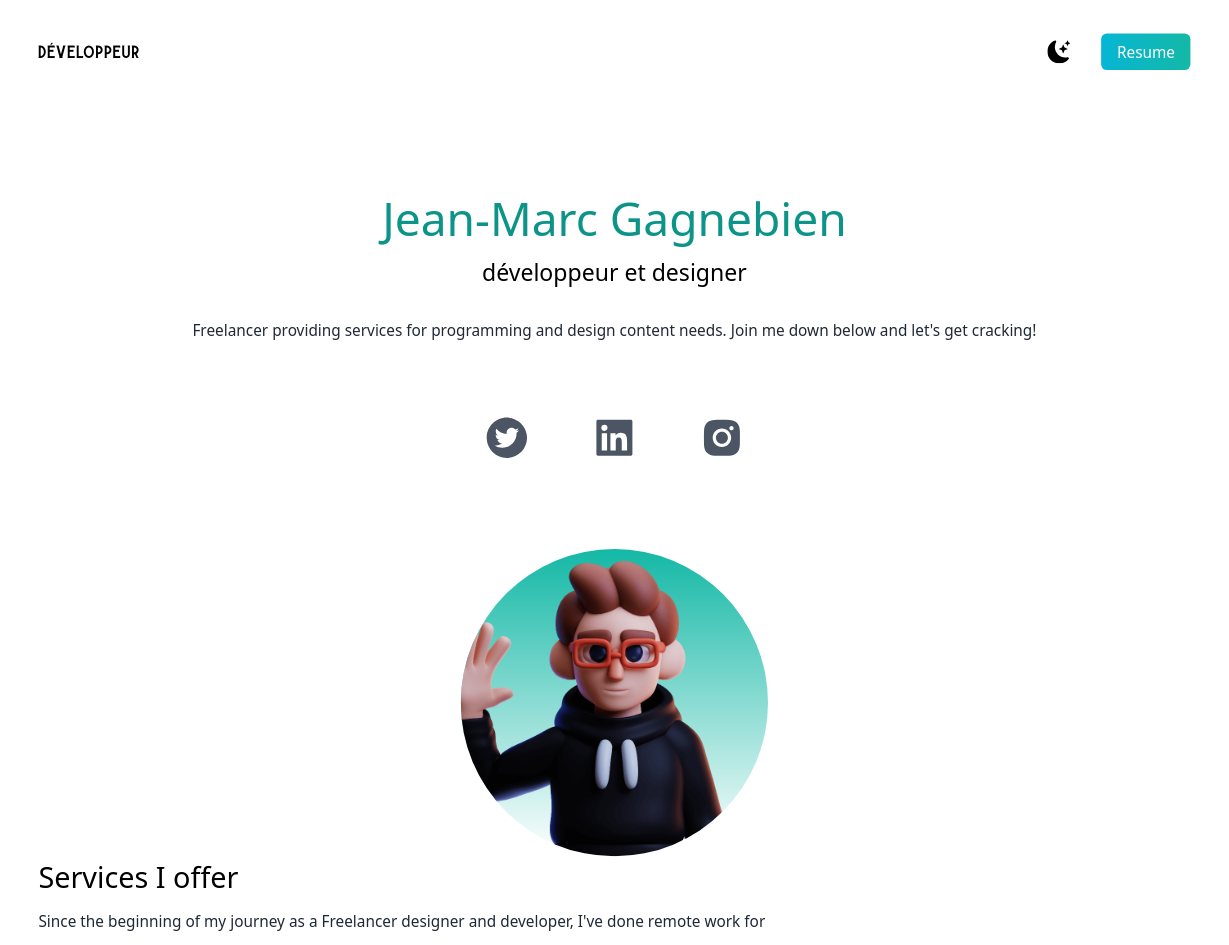
Repository: Jean-MarcG/portfoli_next
Page: /
The author's editor kept a copy of each file at every save. The page is drawn from the files as they stood at one save, then again after the next save.
The browser window is 1280 px wide. The pictures show the whole page, at 96% of full size.
The project was rebuilt for these pictures with package versions that can differ from the ones it lists, and the page was loaded fresh each time. The framework's server and built-in components were replaced by stand-ins that run in the browser. Also part of the build but not shown: next.config.js.

Above is the page before, as saved 2023-04-01 17:48:30.

### pages/index.js
import Head from 'next/head';
import {BsFillMoonStarsFill} from 'react-icons/bs';
import {AiFillTwitterCircle, AiFillLinkedin, AiFillInstagram} from 'react-icons/ai'
import Image from 'next/image';
import deved from '../public/dev-ed-wave.png'

export default function Home() {
  return (
    <>
    <Head>
    <title>Jean-Marc Gagnebien Portfolio</title>
    <meta name="description" content="Generated by create next app" />
    <meta name="viewport" content="width=device-width, initial-scale=1" />
    <link rel="icon" href="/favicon.ico" />
    </Head>
      <main className='bg-white px-10 '>
        <section className='min-h-screen'>
          <nav className='py-10 mb-12 flex justify-between'>
            <h1 className='text-xl font-burtons'>développeur</h1>
              <ul className='flex items-center'>
                <li>
                  <BsFillMoonStarsFill className='cursor-pointer text-2xl'/>
                </li>
                <li>
                  <a className='bg-gradient-to-r from-cyan-500 to-teal-500 text-white px-4 py-2 rounded-md ml-8' href='#'>Resume</a>
                </li>
              </ul>
          </nav>
          <div className='text-center p-10'>
            <h2 className='text-5xl py-2 text-teal-600 font-medium'>Jean-Marc Gagnebien</h2>
            <h3 className='text-2xl py-2'>développeur et designer</h3>
            <p className='text-md py-5 leading-8 text-gray-800'>Freelancer providing services for programming and design content needs. Join me down below and let's get cracking!</p>
          </div>
          <div className='text-5xl flex justify-center gap-16 py-3 text-gray-600'>
            <AiFillTwitterCircle />
            <AiFillLinkedin />
            <AiFillInstagram />
          </div>
          <div>
            <div className='relative mx-auto bg-gradient-to-b from-teal-500 rounded-full w-80 h-80 mt-20 overflow-hidden'>
              <Image src={deved} alt='photo développeur' fill style={{objectFit:'cover'}}/>
            </div>
          </div>
        </section>

        <section>
          <div>
            <h3 className='text-3xl py-1'>Services I offer</h3>
            <p className='text-md py-2 leading-8 text-gray-800'>
              Since the beginning of my journey as a Freelancer designer and developer, I've done remote work for
            </p>
          </div>
        </section>

      </main>
    </>
    )
  }

### styles/globals.css
@tailwind base;
@tailwind components;
@tailwind utilities;

* {
  box-sizing: border-box;
  padding: 0;
  margin: 0;
}

html,
body {
  max-width: 100vw;
  overflow-x: hidden;
}

body {
  color: rgb(var(--foreground-rgb));
  background: linear-gradient(
      to bottom,
      transparent,
      rgb(var(--background-end-rgb))
    )
    rgb(var(--background-start-rgb));
}

a {
  color: inherit;
  text-decoration: none;
}

@font-face {
  font-family: "burtons";
  src: url(../public/Burtons.otf);
}

### tailwind.config.js
/** @type {import('tailwindcss').Config} */
module.exports = {
  content: [
    "./app/**/*.{js,ts,jsx,tsx}",
    "./pages/**/*.{js,ts,jsx,tsx}",
    "./components/**/*.{js,ts,jsx,tsx}",

    // Or if using `src` directory:
    "./src/**/*.{js,ts,jsx,tsx}",
  ],
  theme: {
    extend: {
      fontFamily: {
        burtons: 'burtons',
      }
    },
  },
  plugins: [],
}

Loaded but not shown: pages/_app.js (common file); pages/_document.js (common file)

After the next save:
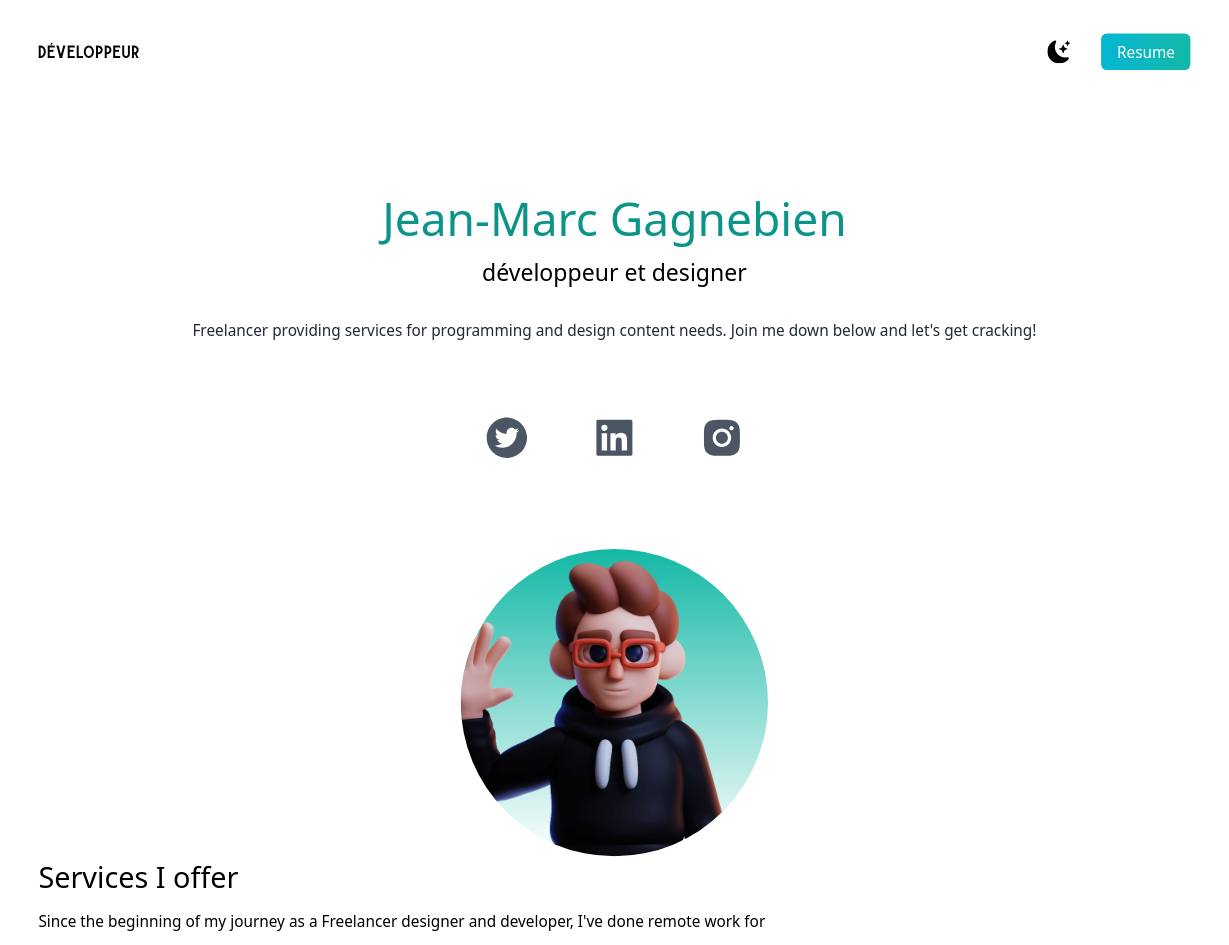
Saved 13 s later.
--- a/pages/index.js
+++ b/pages/index.js
@@ -46,7 +46,7 @@
         <section>
           <div>
             <h3 className='text-3xl py-1'>Services I offer</h3>
-            <p className='text-md py-2 leading-8 text-gray-800'>
+            <p className='text-md py-2 leading-8 text-gray-80'>
               Since the beginning of my journey as a Freelancer designer and developer, I've done remote work for
             </p>
           </div>
